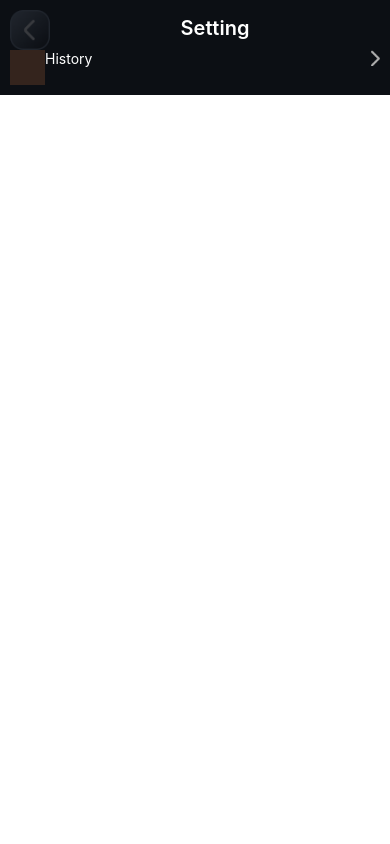
Repository: nguoilaisaochoi/App-coffe
Screen: /
The author's editor kept a copy of each file at every save. The screen is drawn from the files as they stood at one save, then again after a run of saves.
The app was drawn by React Native's web renderer in a window 390 px wide. The project was rebuilt for these pictures with package versions that can differ from the ones it lists, and the page was loaded fresh each time.

Above is the screen before, as saved 2024-01-13 08:52:58.

After the next 3 saves:
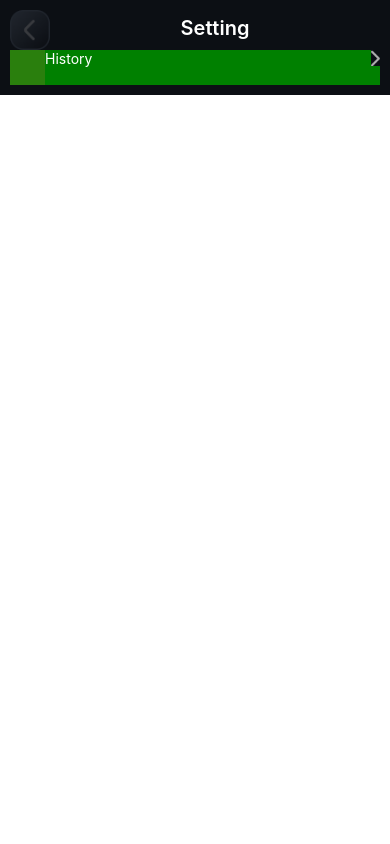
The 3 saves are shown as one change because they came seconds apart.
The last was saved 12 s later.
--- a/src/Setting.js
+++ b/src/Setting.js
@@ -53,6 +53,7 @@ const mystyle = StyleSheet.create({
     display: 'flex',
     flexDirection: 'row',
     justifyContent:'center',
+    backgroundColor:'green',
   },
   text: {
     color: 'white',
